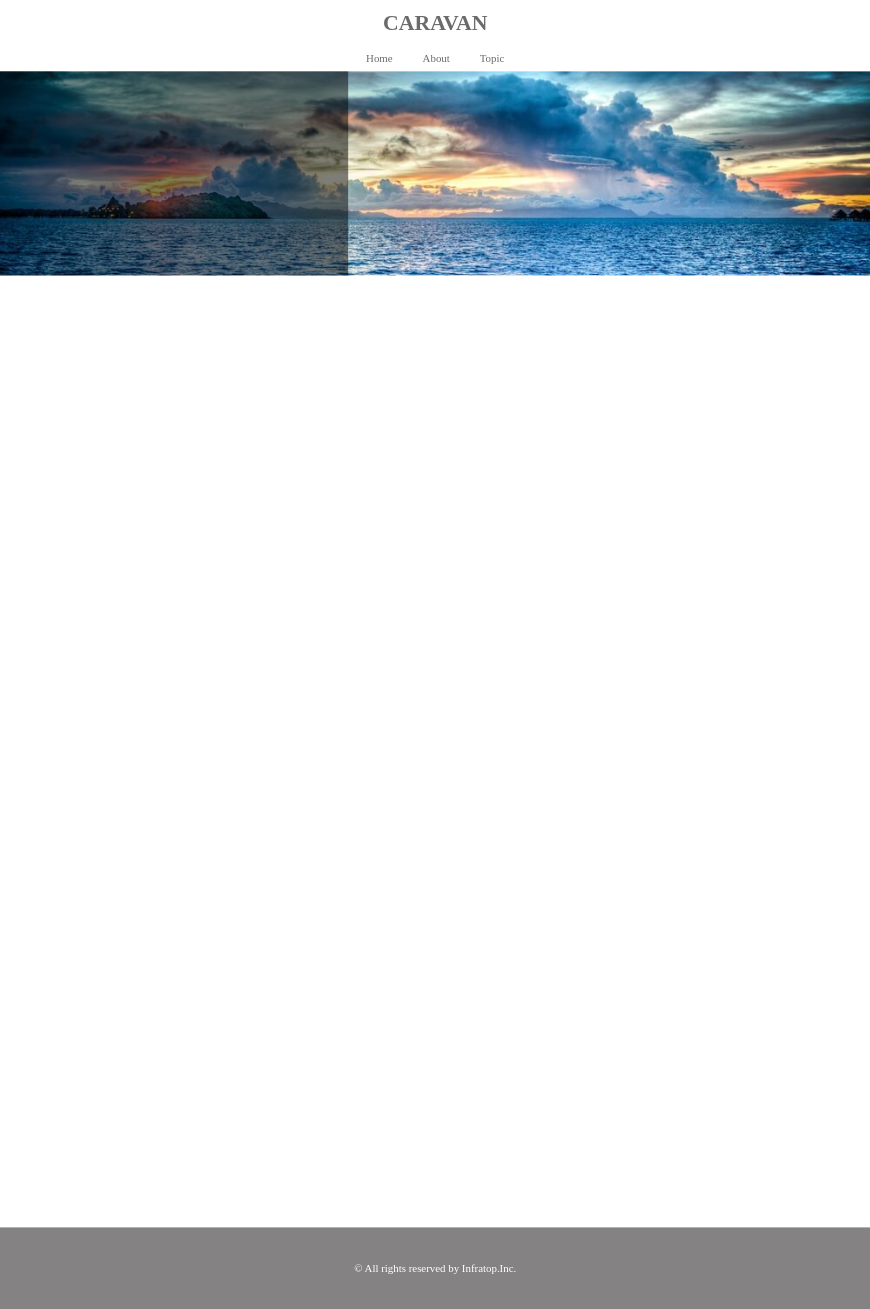
Repository: achoko3/Practice-problem
Page: caravan/index.html
The author's editor kept a record of every edit. The page is drawn from the files as they stood at one moment, then again after the next edit.
The browser window is 1280 px wide. The pictures show the whole page, at 68% of full size.

Above is the page before.

### caravan/index.html
<!DOCTYPE html>
<html lang="ja">
  <head>
    <meta charset="UTF-8" />
    <!-- CSSファイルの読み込み -->
    <link rel="stylesheet" href="style.css" />
    <title>CARAVAN</title>
  </head>

  <body>
    <header>
      <h1 class="heading">
        <a href="index.html">
          CARAVAN
        </a>
      </h1>
    </header>

    <!-navigation->
    <nav>
      <ul class="nav-list">
        <li class="nav-list-item">
          <a href="index.html">Home</a>
        </li>
        <li class="nav-list-item">About</li>
        <li class="nav-list-item">Topic</li>
      </ul>
    </nav>

    <div class="main-visual">
      <div class="main-visual-content">



      </div>
    </div>

    <div class="main">
      <div class="blog"></div>
      <div class="sidebar"></div>
    </div>

    <footer>
      <p class="footer-text">© All rights reserved by Infratop.Inc.</p>
    </footer>
  </body>
</html>

### caravan/style.css
/* ブラウザがそれぞれ持っているCSSをリセットするための記述 */
*{
 margin: 0;
 padding: 0;
 box-sizing: border-box;
 color:#6c6b6b;
}

a{
  text-decoration:none;
}

header{
  width:90%;
  padding:15px 0;
  margin:0 auto;
  text-align:center;
}

header .heading{
  font-size:32px;
}

.nav-list{
  text-align:center;
  padding:10px 0;
  margin:0 auto;
}

.nav-list-item{
  list-style:none;
  display:inline-block;
  margin:0 20px;
}

.main-visual{
  width:100%;
  height:300px;
  background-image:url(img/mv.jpg);
  background-size:cover;/*縦横比を維持したまま背景領域を埋め尽くす*/
  background-position:center;
}

.main-visual-content{
  width:40%;
  height:300px;
  background-color:rgba(0,0,0,0.5);
  text-align:center;
  padding-top:105px;/* 上側の内側余白で垂直方向の位置を調整 */
}

.main-visual-text{
  color:#fff;
}

.main-visual-name{
  margin-top:30px;
  color:#fff;
}

.main{
  width:840px;
  display:flex;
  justify-content:center;
  margin:0 auto;
}

.blog{
  width:600px;
  height:1400px;
}

.sidebar{
  width:240px;
  height:1400px;
}

footer{
  width:100%;
  height:120px;
  text-align:center;
  line-height:120px;
  background-color:#848282;
}

.footer-text{
  color:#fff;
}

After the next edit:
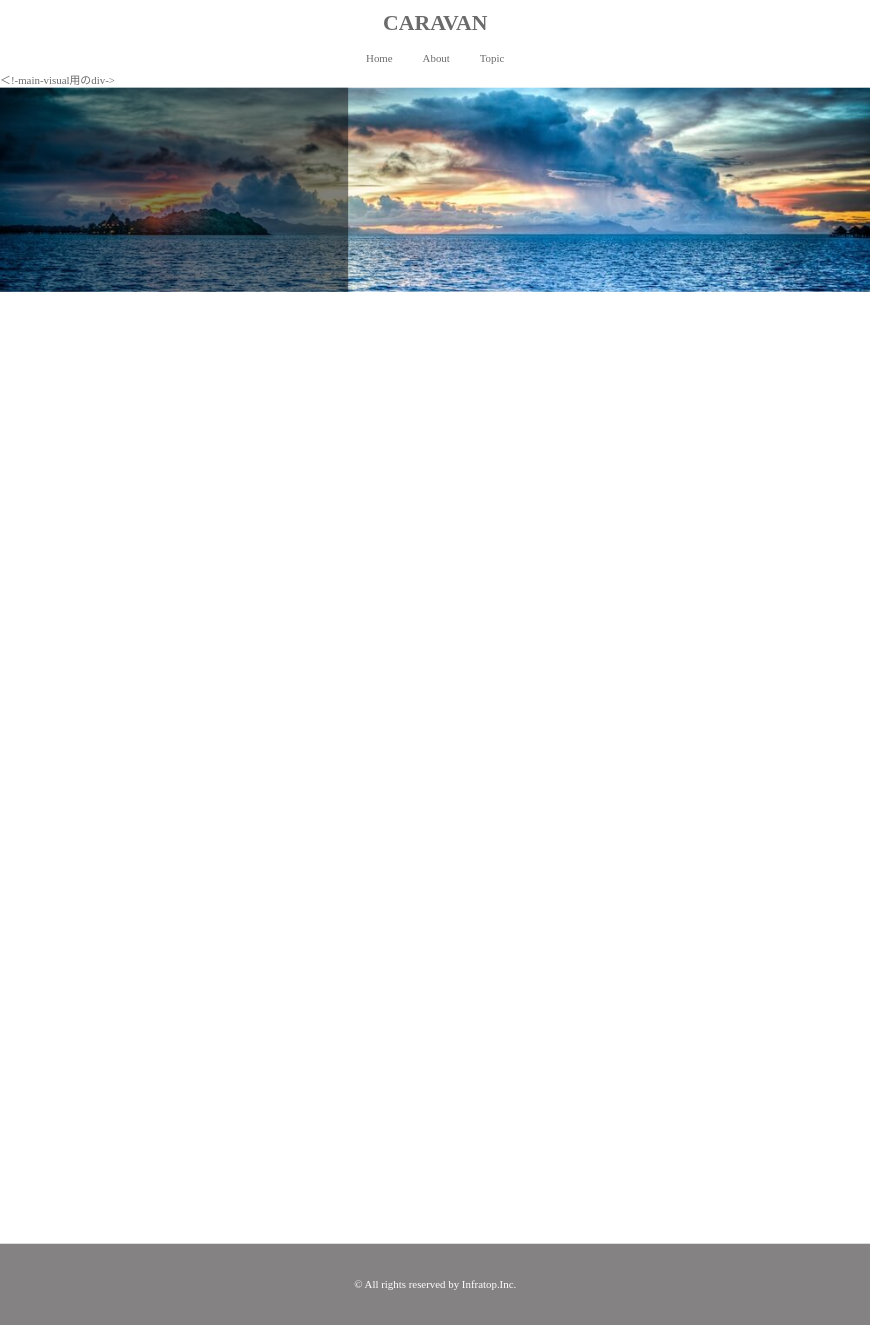
The edit:
--- a/caravan/index.html
+++ b/caravan/index.html
@@ -27,6 +27,8 @@
       </ul>
     </nav>
 
+＜!-main-visual用のdiv->
+
     <div class="main-visual">
       <div class="main-visual-content">
 
